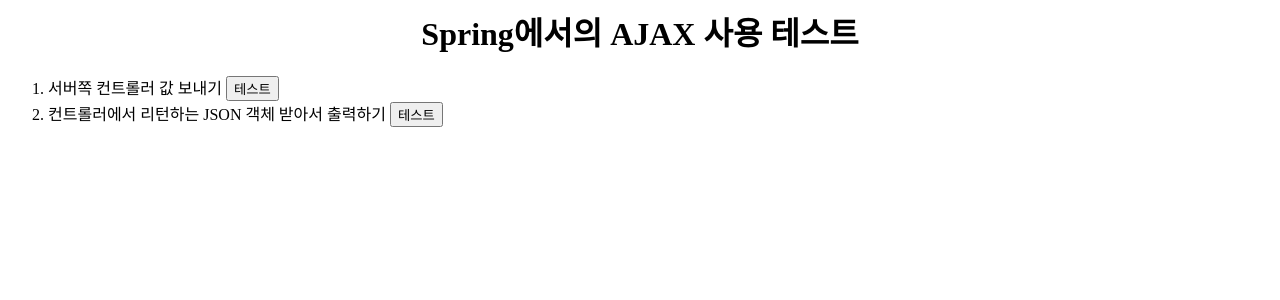
Repository: seokhwan-park/KH_workspace
Page: http://localhost/ajaxProject/home.do
The author's editor kept a copy of each file at every save. The page is drawn from the files as they stood at one save, then again after the next save.
The browser window is 1280 px wide. The pictures show the whole page.
After loading, the first visible `#btn1` was clicked once.
The page is served by Tomcat 9. Other server files are loaded and not shown.

Above is the page before, as saved 2020-10-06 10:12:52.

### springworkspace/ajaxProject/src/main/webapp/WEB-INF/views/home.jsp
<%@ page language="java" contentType="text/html; charset=UTF-8" pageEncoding="UTF-8" %>
<%@ taglib uri="http://java.sun.com/jsp/jstl/core" prefix="c" %>
<%@ page session="false" %>
<html>
<head>
   <title>Home</title>
   <script src="http://code.jquery.com/jquery-3.5.1.min.js"></script>
</head>
<body>
   <h1 align="center">Spring에서의 AJAX 사용 테스트</h1>

   <ol>
      <li>
         서버쪽 컨트롤러 값 보내기
         <button id="btn1">테스트</button>
         <div id="d1"></div>
      </li>
      <script>
         $(function()
            {
               $("#btn1").on("click", function()
                  {
                     $.ajax(
                     {
                        url:"test1.do",
                        data:{name:"신사임당", age:47},
                        type:"post",
                        success:function(data)
                        {
                           console.log(data);
                        },
                        /* error:function(request, jqXHR, exception)
                        {
                           // jqXHR : 기본 XHMLHttpRequest 객체의 래퍼
                           alert("error code : " + request.status + "\n" + "message : " + request.responseText + "error : " + errorData);
                        } */
                        error:function(request,jqXHR,exception){
                        	var msg="";
                        	if(request.status==0){
                        		msg='Not Connect. \n Verify Network.';
                        	}else if(request.status == 404){
                        		msg='Requested page not found [404]';
                        	}else if(request.status == 500){
                        		msg='Internal Server Error-> code error [500]'
                        	}else if(request.status == 'parseerror'){
                        		msg='Requested JSON parse failed';
                        	}else if(exception == 'timeout'){
                        		msg='Time out error';
                        	}else if(exception == 'abort'){
                        		msg='Ajax request abprted';
                        	}else{
                        		msg='Error. \n' + jqXHR.responseText;
                        	}
                        	alert(msg);
                        }
                     });
                  });
            });
      </script>


		<li>컨트롤러에서 리턴하는 JSON 객체 받아서 출력하기
			<button id="btn2">테스트</button>
			<div id="d2"></div>
		</li>
		<script>
			$(function(){
				$("#btn2").on("click",function(){
					$.ajax({
						url:"test2.do",
						dataType:"json",	// 컨트롤러에서 ajax로 넘겨주는 형식 지정!
						success:function(data){
							console.log(data);
							console.log(decodeURIComponent(data.userName));
						},
						error:function(request,status,errorData){
							alert("error code : " + request.status + "\n" + "message : " + request.responseText + "error : " + errorData);
						}
					});
				});
			});
		</script>


   </ol>
</body>
</html>

After the next save:
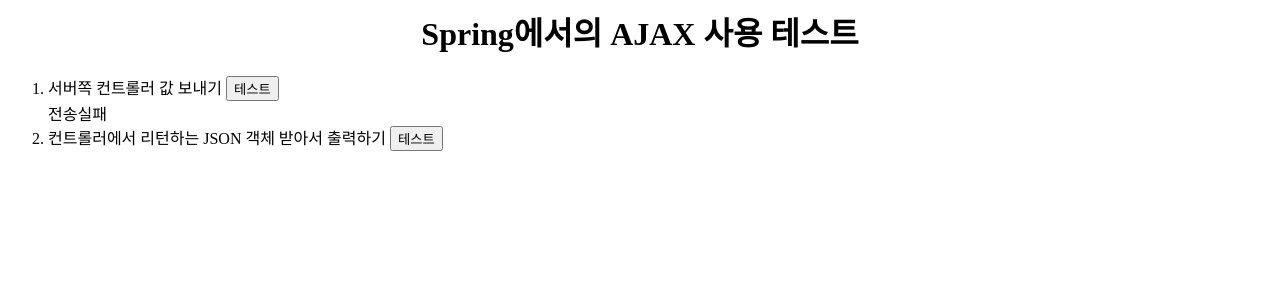
Saved 2 min 41 s later.
--- a/springworkspace/ajaxProject/src/main/webapp/WEB-INF/views/home.jsp
+++ b/springworkspace/ajaxProject/src/main/webapp/WEB-INF/views/home.jsp
@@ -28,6 +28,11 @@
                         success:function(data)
                         {
                            console.log(data);
+                           if(data=="ok"){
+                        	   $("#d1").text("전송성공");
+                           }else{
+                        	   $("#d1").text("전송실패");
+                           }
                         },
                         /* error:function(request, jqXHR, exception)
                         {
